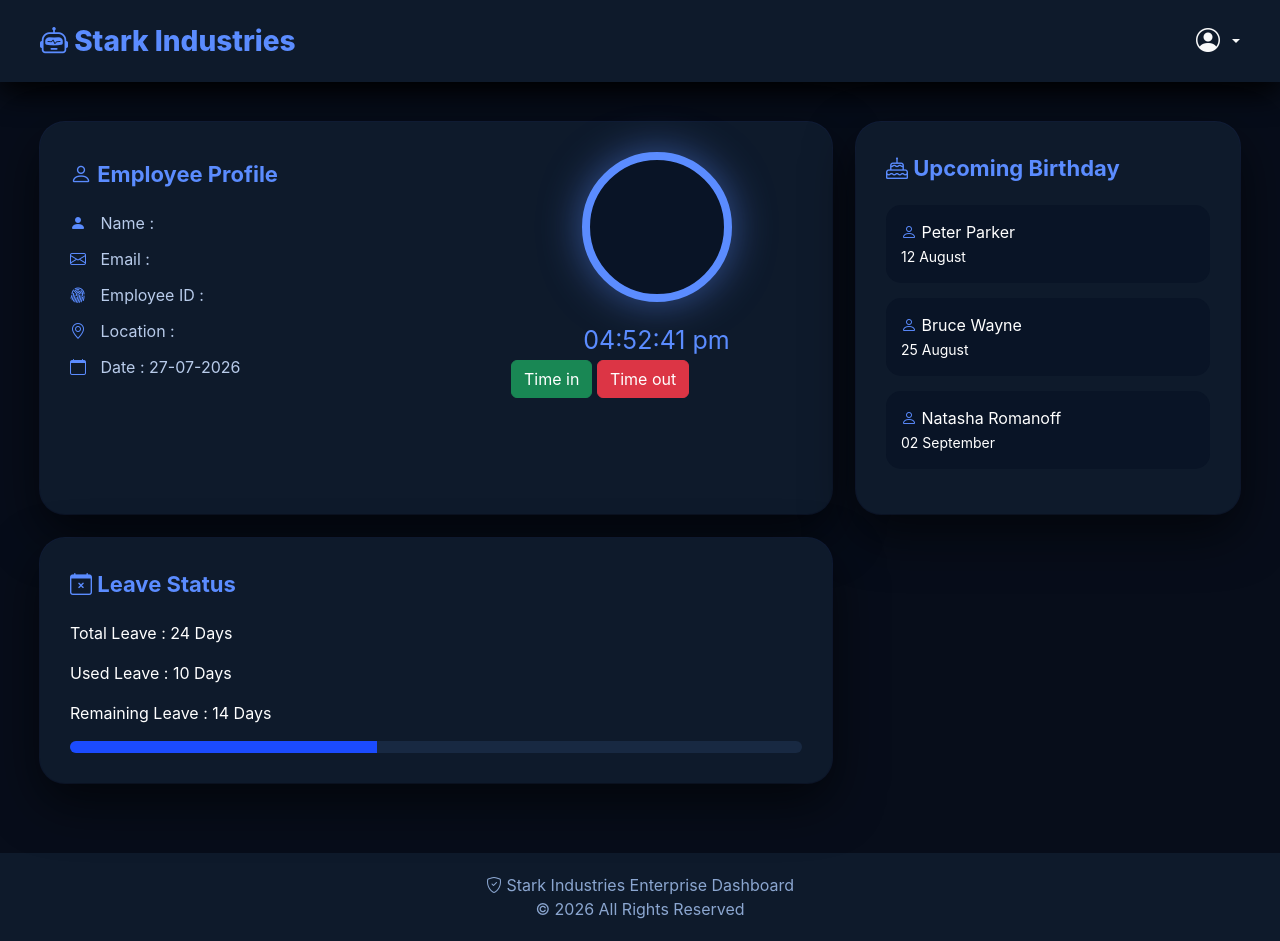
Repository: abhinav050799/office-management-
Page: resources/views/dashboard.blade.php
An editor plug-in stored every save of this project. The page is shown before and after the next save, followed by the edit.
The browser window is 1280 px wide. The pictures show the whole page.
The page is served by the project's Laravel application, run on PHP 8.4 with Laravel 12. The template is opened directly, without the code that normally fills it, so the values that code supplies are empty.

Above is the page before, as saved 2026-07-27 17:09:26.

After the next save:
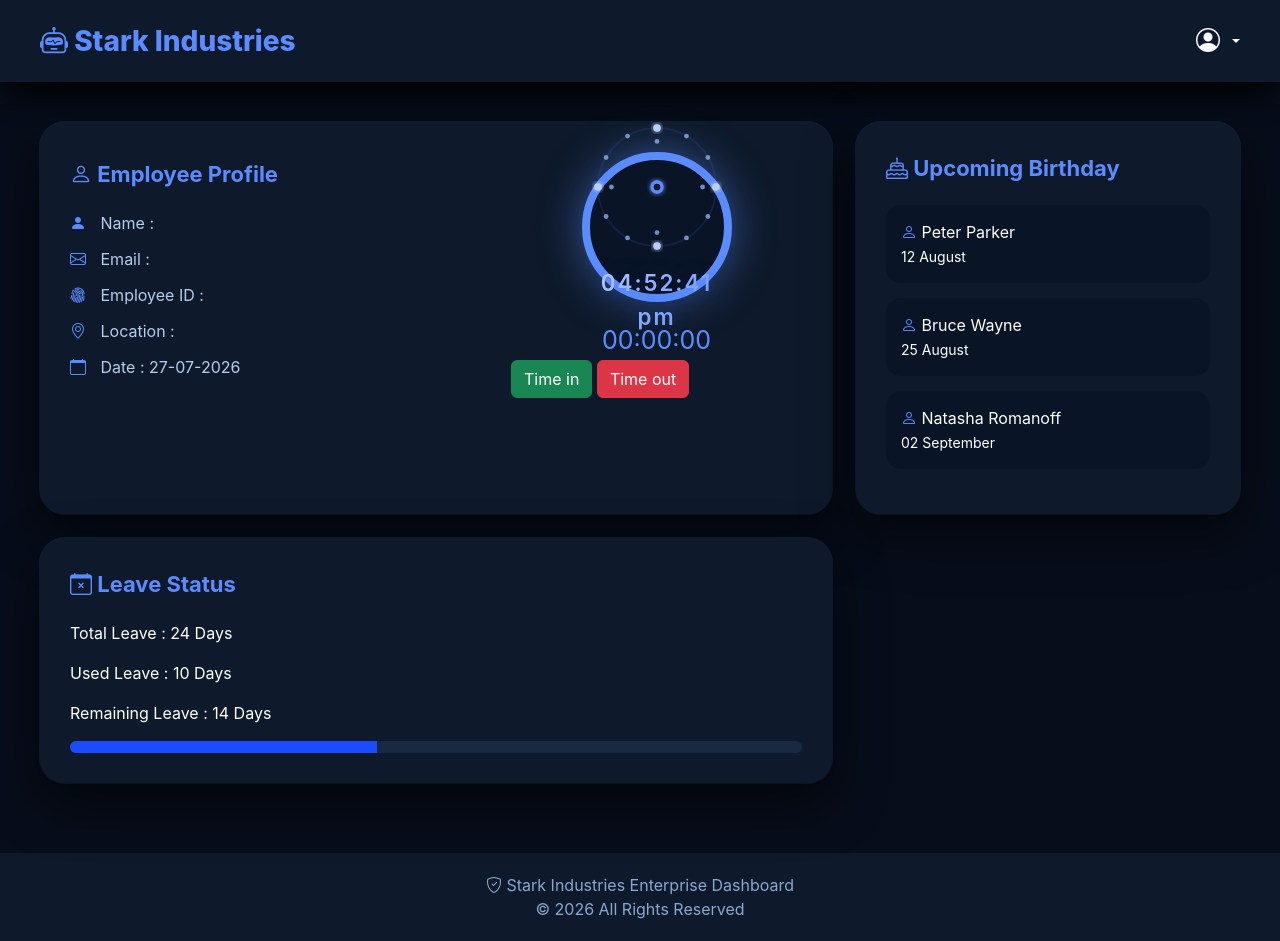
Saved 15 s later.
--- a/resources/views/dashboard.blade.php
+++ b/resources/views/dashboard.blade.php
@@ -82,11 +82,72 @@
 
 
                             <div class="watch">
-
-                                <!-- <i class="bi bi-clock"></i> -->
-
-
-                            </div>
+    <!-- MODERN WATCH FACE (SVG) + digital time inside your .watch container -->
+    <div style="display: flex; flex-direction: column; align-items: center; width: 100%;">
+
+        <!-- SVG ANALOG CLOCK (fits inside .watch) -->
+        <svg viewBox="0 0 100 100" style="width: 100%; height: auto; max-width: 180px; display: block;" id="clockSvg">
+            <!-- subtle ring -->
+            <circle cx="50" cy="50" r="44" fill="none" stroke="rgba(91,140,255,0.1)" stroke-width="1.5"/>
+
+            <!-- MAJOR markers (12,3,6,9) -->
+            <circle cx="50" cy="6" r="2.8" fill="#b8d0ff" filter="url(#glow)"/>
+            <circle cx="50" cy="94" r="2.8" fill="#b8d0ff" filter="url(#glow)"/>
+            <circle cx="6" cy="50" r="2.8" fill="#b8d0ff" filter="url(#glow)"/>
+            <circle cx="94" cy="50" r="2.8" fill="#b8d0ff" filter="url(#glow)"/>
+
+            <!-- MINOR markers -->
+            <circle cx="50" cy="16" r="1.8" fill="#8aafe6" opacity="0.8"/>
+            <circle cx="50" cy="84" r="1.8" fill="#8aafe6" opacity="0.8"/>
+            <circle cx="16" cy="50" r="1.8" fill="#8aafe6" opacity="0.8"/>
+            <circle cx="84" cy="50" r="1.8" fill="#8aafe6" opacity="0.8"/>
+            <circle cx="72" cy="12" r="1.8" fill="#8aafe6" opacity="0.8"/>
+            <circle cx="28" cy="12" r="1.8" fill="#8aafe6" opacity="0.8"/>
+            <circle cx="72" cy="88" r="1.8" fill="#8aafe6" opacity="0.8"/>
+            <circle cx="28" cy="88" r="1.8" fill="#8aafe6" opacity="0.8"/>
+            <circle cx="88" cy="28" r="1.8" fill="#8aafe6" opacity="0.8"/>
+            <circle cx="88" cy="72" r="1.8" fill="#8aafe6" opacity="0.8"/>
+            <circle cx="12" cy="28" r="1.8" fill="#8aafe6" opacity="0.8"/>
+            <circle cx="12" cy="72" r="1.8" fill="#8aafe6" opacity="0.8"/>
+
+            <!-- HANDS (rotated via JS) -->
+            <line x1="50" y1="50" x2="50" y2="28" class="hand hour-hand" id="hourHand"
+                  stroke="#b8d0ff" stroke-width="4.5" stroke-linecap="round" filter="url(#glowHand)"/>
+            <line x1="50" y1="50" x2="50" y2="20" class="hand minute-hand" id="minuteHand"
+                  stroke="#e0ecff" stroke-width="3" stroke-linecap="round" filter="url(#glowHand)"/>
+            <line x1="50" y1="50" x2="50" y2="14" class="hand second-hand" id="secondHand"
+                  stroke="#ff6b6b" stroke-width="2" stroke-linecap="round" filter="url(#glowSec)"/>
+
+            <!-- center dot -->
+            <circle cx="50" cy="50" r="5" fill="#5b8cff" filter="url(#glow)"/>
+            <circle cx="50" cy="50" r="2.5" fill="#0e1a2b"/>
+
+            <!-- SVG filters for glow -->
+            <defs>
+                <filter id="glow" x="-20%" y="-20%" width="140%" height="140%">
+                    <feGaussianBlur stdDeviation="2" result="blur"/>
+                    <feMerge><feMergeNode in="blur"/><feMergeNode in="SourceGraphic"/></feMerge>
+                </filter>
+                <filter id="glowHand" x="-30%" y="-30%" width="160%" height="160%">
+                    <feGaussianBlur stdDeviation="2.5" result="blur"/>
+                    <feMerge><feMergeNode in="blur"/><feMergeNode in="SourceGraphic"/></feMerge>
+                </filter>
+                <filter id="glowSec" x="-40%" y="-40%" width="180%" height="180%">
+                    <feGaussianBlur stdDeviation="3" result="blur"/>
+                    <feMerge><feMergeNode in="blur"/><feMergeNode in="SourceGraphic"/></feMerge>
+                </filter>
+            </defs>
+        </svg>
+
+        <!-- DIGITAL TIME (styled to fit your .time class) -->
+        <div class="time" id="clock" style="margin-top: 12px; font-size: 1.4rem; font-weight: 600; letter-spacing: 2px;
+             background: linear-gradient(135deg, #b8d0ff, #5b8cff); -webkit-background-clip: text;
+             -webkit-text-fill-color: transparent; background-clip: text;
+             text-shadow: 0 0 30px rgba(91,140,255,0.2);">
+            00:00:00
+        </div>
+    </div>
+</div>
 
 
                             <div class="time" id="clock">
